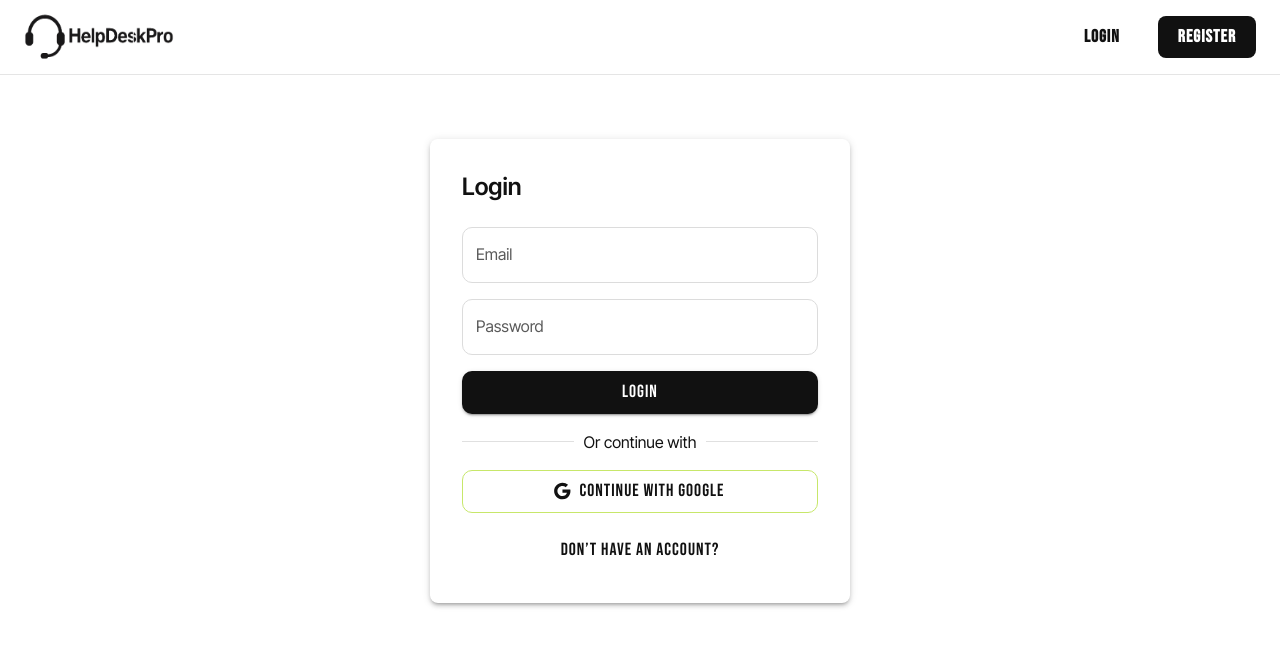
Repository: vcmvanesa7/HelpDeskProAssesment
Page: /auth/login
An editor plug-in stored every save of this project. The page is shown before and after a run of saves, followed by the edit.
The browser window is 1280 px wide. The pictures show the whole page.
The page's requests for data from a server got no answer. The project was rebuilt for these pictures with package versions that can differ from the ones it lists, and the page was loaded fresh each time. The framework's server and built-in components were replaced by stand-ins that run in the browser. No one was signed in, and anything a server would have sent is missing. Also part of the build but not shown: next.config.js, next.config.ts.

Above is the page before, as saved 2025-12-09 10:09:18.

### src/app/layout.tsx
import type { Metadata } from "next";
import "./";

import MainNavbar from "@/components/layout/MainNavbar";
import Providers from "./providers";
import { ClientToaster } from "@/components/clientToaster";

import { Bebas_Neue, Inter_Tight } from "next/font/google";

const bebas = Bebas_Neue({
  subsets: ["latin"],
  weight: "400",
  variable: "--font-bebas",
});

const interTight = Inter_Tight({
  subsets: ["latin"],
  variable: "--font-inter-tight",
});

export const metadata: Metadata = {
  title: "HelpDeskPro",
  description: "Ticket management system",
};

export default function RootLayout({
  children,
}: {
  children: React.ReactNode;
}) {
  return (
    <html lang="es">
      <body
        className={`${bebas.variable} ${interTight.variable} min-h-screen flex flex-col bg-white`}
      >
        <Providers>
          <MainNavbar />
          <main className="flex-grow">{children}</main>
        </Providers>
        <ClientToaster />
      </body>
    </html>
  );
}

### src/app/auth/login/page.tsx
"use client";

import {
  Box,
  Button,
  TextField,
  Typography,
  Stack,
  Divider,
} from "@mui/material";
import { useForm } from "react-hook-form";
import { yupResolver } from "@hookform/resolvers/yup";
import GoogleIcon from "@mui/icons-material/Google";
import { toast } from "sonner";
import { signIn } from "next-auth/react";
import { useRouter } from "next/navigation";
import * as yup from "yup";

const loginSchema = yup.object({
  email: yup.string().email("Invalid email").required("Email required"),
  password: yup.string().required("Password required"),
});

type LoginFormValues = yup.InferType<typeof loginSchema>;

export default function LoginPage() {
  const router = useRouter();

  const {
    register,
    handleSubmit,
    formState: { errors },
  } = useForm<LoginFormValues>({
    resolver: yupResolver(loginSchema),
  });

  const onSubmit = async (data: LoginFormValues) => {
    try {
      const res = await signIn("credentials", {
        redirect: false,
        email: data.email,
        password: data.password,
      });

      console.log("NEXTAUTH RESPONSE:", res);

      if (res?.error) {
        toast.error(res.error);
        return;
      }

      toast.success("Welcome back!");
      router.push("/");
    } catch (error) {
      toast.error("Error al iniciar sesión");
    }
  };

  return (
    <Box
      sx={{
        maxWidth: 420,
        mx: "auto",
        mt: 8,
        p: 4,
        borderRadius: 2,
        boxShadow: 3,
      }}
    >
      <Typography variant="h5" sx={{ mb: 3, fontWeight: 600 }}>
        Login
      </Typography>

      <form onSubmit={handleSubmit(onSubmit)}>
        <Stack spacing={2}>
          <TextField
            label="Email"
            {...register("email")}
            error={!!errors.email}
            helperText={errors.email?.message}
            fullWidth
          />

          <TextField
            label="Password"
            type="password"
            {...register("password")}
            error={!!errors.password}
            helperText={errors.password?.message}
            fullWidth
          />

          <Button type="submit" variant="contained" fullWidth>
            Login
          </Button>

          <Divider>Or continue with</Divider>

          <Button
            variant="outlined"
            fullWidth
            startIcon={<GoogleIcon />}
            onClick={() => signIn("google", { callbackUrl: "/" })}
          >
            Continue with Google
          </Button>

          <Button fullWidth onClick={() => router.push("/auth/register")}>
            Don’t have an account?
          </Button>
        </Stack>
      </form>
    </Box>
  );
}

### src/components/layout/MainNavbar.tsx
"use client";

import { useRouter } from "next/navigation";
import { signOut, useSession } from "next-auth/react";
import { AppBar, Toolbar, Box, Button } from "@mui/material";
import AccountCircleIcon from "@mui/icons-material/AccountCircle";
import Image from "next/image";

export default function MainNavbar() {
  const router = useRouter();
  const { data: session, status } = useSession();

  const isLoggedIn = status === "authenticated";
  const role = (session?.user as any)?.role;

  const handleLogout = async () => {
    await signOut({ callbackUrl: "/" });
  };

  return (
    <AppBar
      position="sticky"
      elevation={0}
      sx={{
        backgroundColor: "#fff",
        borderBottom: "1px solid #e5e5e5",
      }}
    >
      <Toolbar
        sx={{
          maxWidth: "1400px",
          mx: "auto",
          width: "100%",
          display: "flex",
          alignItems: "center",
          py: 1.5
        }}
      >
        {/* LOGO */}
        <Box
          sx={{ cursor: "pointer", display: "flex", alignItems: "center" }}
          onClick={() => router.push("/")}
        >
          <Image
            src="/logs/LogoH.png"
            alt="Logo"
            width={150}
            height={50}
            priority
            className="opacity-90 hover:opacity-100 transition"
          />
        </Box>

        <Box sx={{ flexGrow: 1 }} />

        {/* RIGHT SECTION */}
        <Box sx={{ display: "flex", alignItems: "center", gap: 3 }}>

          {!isLoggedIn ? (
            <>
              {/* LOGIN */}
              <Button
                onClick={() => router.push("/auth/login")}
                sx={{ color: "#111", fontWeight: 600, textTransform: "none" }}
              >
                Login
              </Button>

              {/* REGISTER */}
              <Button
                onClick={() => router.push("/auth/register")}
                sx={{
                  bgcolor: "#111",
                  color: "#fff",
                  px: 2.5,
                  borderRadius: "8px",
                  fontWeight: 600,
                  textTransform: "none",
                  "&:hover": { bgcolor: "#333" },
                }}
              >
                Register
              </Button>
            </>
          ) : (
            <>
              {/* ADMIN PANEL */}
              {role === "admin" && (
                <Button
                  onClick={() => router.push("/admin")}
                  sx={{ textTransform: "none", color: "#111" }}
                >
                  Admin Panel
                </Button>
              )}

              {/* CLIENT SUPPORT */}
              {role === "client" && (
                <Button
                  onClick={() => router.push("/support")}
                  sx={{ textTransform: "none", color: "#111" }}
                >
                  My Tickets
                </Button>
              )}

              {/* SUPPORT AGENT PANEL */}
              {role === "agent" && (
                <Button
                  onClick={() => router.push("/agent")}
                  sx={{
                    textTransform: "none",
                    color: "#111",
                    fontWeight: 700,
                    fontSize: 14,
                  }}
                >
                  Agent Panel
                </Button>
              )}

              {/* PROFILE */}
              <Button
                onClick={() => router.push("/profile")}
                sx={{
                  textTransform: "none",
                  display: "flex",
                  alignItems: "center",
                  gap: 1,
                  color: "#111",
                }}
              >
                <AccountCircleIcon sx={{ fontSize: 22 }} />
                {session?.user?.name?.split(" ")[0] ?? "Profile"}
              </Button>

              {/* LOGOUT */}
              <Button
                onClick={handleLogout}
                sx={{ textTransform: "none", color: "#111" }}
              >
                Logout
              </Button>
            </>
          )}
        </Box>
      </Toolbar>
    </AppBar>
  );
}

### src/app/providers.tsx
"use client";

import { SessionProvider } from "next-auth/react";
import { ThemeProvider, CssBaseline } from "@mui/material";
import theme from "@/styles/theme";
import { ClientToaster } from "@/components/clientToaster";

export default function Providers({ children }: { children: React.ReactNode }) {
  return (
    <SessionProvider>
      <ThemeProvider theme={theme}>
        <CssBaseline />
        <ClientToaster />
        {children}
      </ThemeProvider>
    </SessionProvider>
  );
}

### src/components/clientToaster.tsx
"use client";

import { Toaster } from "sonner";

export function ClientToaster() {
  return (
    <Toaster
      position="top-right"
      richColors
      expand
      closeButton
    />
  );
}

### src/styles/theme.ts
import { createTheme } from "@mui/material/styles";

const theme = createTheme({
  palette: {
    primary: { main: "#111111" },
    secondary: { main: "#c7e76a" },
    text: {
      primary: "#111111",
      secondary: "#5a5a5a",
    },
    background: {
      default: "#ffffff",
      paper: "#ffffff",
    }
  },

  typography: {
    fontFamily: "var(--font-inter-tight)",

    h4: {
      fontFamily: "var(--font-bebas)",
      fontSize: "2.4rem",
      letterSpacing: "1px",
    },

    h6: {
      fontFamily: "var(--font-inter-tight)",
      fontWeight: 600,
    },
  },

  components: {
    //NAVBAR / TOOLBAR SLIM MODE
    MuiToolbar: {
      styleOverrides: {
        root: {
          minHeight: "48px !important",   // altura slim KOI
          paddingLeft: "16px",
          paddingRight: "16px",
          "@media (min-width:600px)": {
            minHeight: "56px !important", // desktop limpio
          },
        },
      },
    },

    // Inputs
    MuiOutlinedInput: {
      styleOverrides: {
        root: {
          background: "#fff",
          borderRadius: 10,
          "& .MuiOutlinedInput-notchedOutline": {
            borderColor: "#dcdcdc",
          },
          "&:hover .MuiOutlinedInput-notchedOutline": {
            borderColor: "#c7e76a",
          },
          "&.Mui-focused .MuiOutlinedInput-notchedOutline": {
            borderColor: "#111111",
          },
        },
      },
    },

    // Buttons
    MuiButton: {
      styleOverrides: {
        root: {
          borderRadius: 10,
          fontFamily: "var(--font-bebas)",
          fontSize: "1.1rem",
          letterSpacing: 1,
          textTransform: "none",
        },
        containedPrimary: {
          backgroundColor: "#111111",
          color: "#fff",
          "&:hover": { backgroundColor: "#333" },
        },
        outlined: {
          borderColor: "#c7e76a",
          color: "#111111",
          "&:hover": {
            borderColor: "#111111",
            color: "#111111",
          },
        },
      },
    },

    // Badge
    MuiBadge: {
      styleOverrides: {
        badge: {
          backgroundColor: "#111",
          color: "#fff",
          fontSize: "0.7rem",
          padding: "0 4px",
        },
      },
    },
  },
});

export default theme;

Loaded but not shown: src/app/styles.css (common file)

After the next 4 saves:
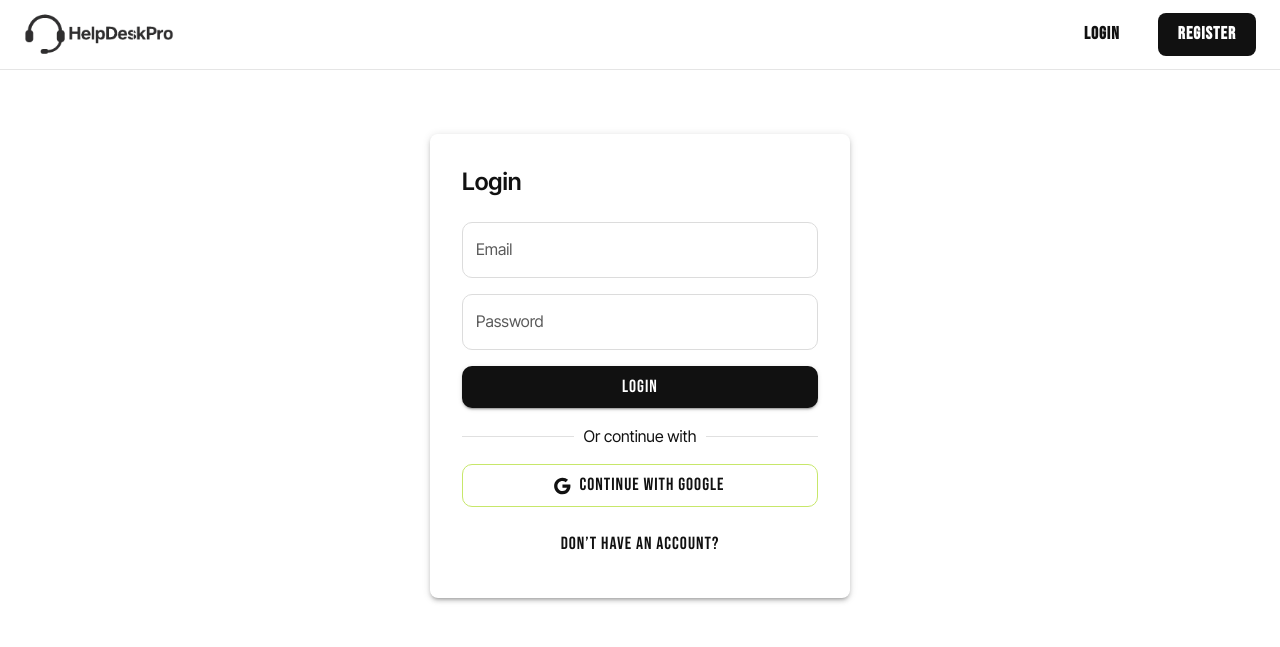
The 4 saves are shown as one change because 1 did not build or start and some came seconds apart.
The last was saved 32 s later.
--- a/src/app/layout.tsx
+++ b/src/app/layout.tsx
@@ -1,5 +1,5 @@
 import type { Metadata } from "next";
-import "./";
+import "@/app/styles.css";
 
 import MainNavbar from "@/components/layout/MainNavbar";
 import Providers from "./providers";
